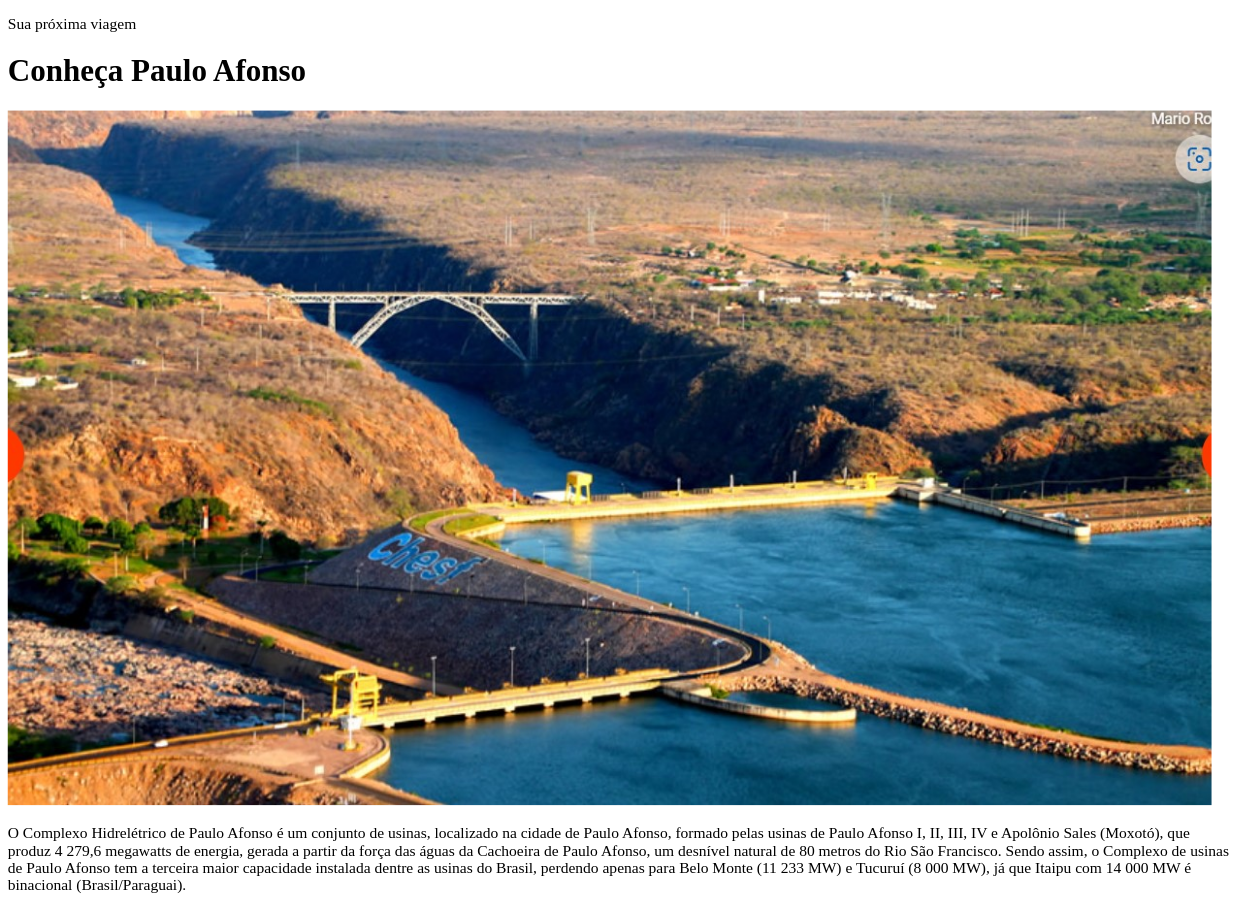
Repository: JeffRodFer/testeGitXGithub
Page: index.html
These files come from the project's save history. The page is drawn as it stood at one moment and after the next save; the edit follows.
The browser window is 1280 px wide. The pictures show the whole page, at 97% of full size.

Above is the page before, as saved 2025-03-15 18:10:57.

### index.html
<!DOCTYPE html>
<html lang="pt-br">
<head>
    <meta charset="UTF-8">
    <meta name="viewport" content="width=device-width, initial-scale=1.0">
    <title>Local Turístico</title>
</head>
<body>
    <div>
        <p>Sua próxima viagem</p>
        <h1>Conheça Paulo Afonso</h1>
        <section>
            <img src="assets/main.jpg" alt="visão geral da hidroelêtrica">
            <p>O Complexo Hidrelétrico de Paulo Afonso é um conjunto de usinas, localizado na cidade de Paulo Afonso, formado pelas usinas de Paulo Afonso I, II, III, IV e Apolônio Sales (Moxotó), que produz 4 279,6 megawatts de energia, gerada a partir da força das águas da Cachoeira de Paulo Afonso, um desnível natural de 80 metros do Rio São Francisco. Sendo assim, o Complexo de usinas de Paulo Afonso tem a terceira maior capacidade instalada dentre as usinas do Brasil, perdendo apenas para Belo Monte (11 233 MW) e Tucuruí (8 000 MW), já que Itaipu com 14 000 MW é binacional (Brasil/Paraguai). </p>
        </section>
    </div>
</body>
</html>

After the next save:
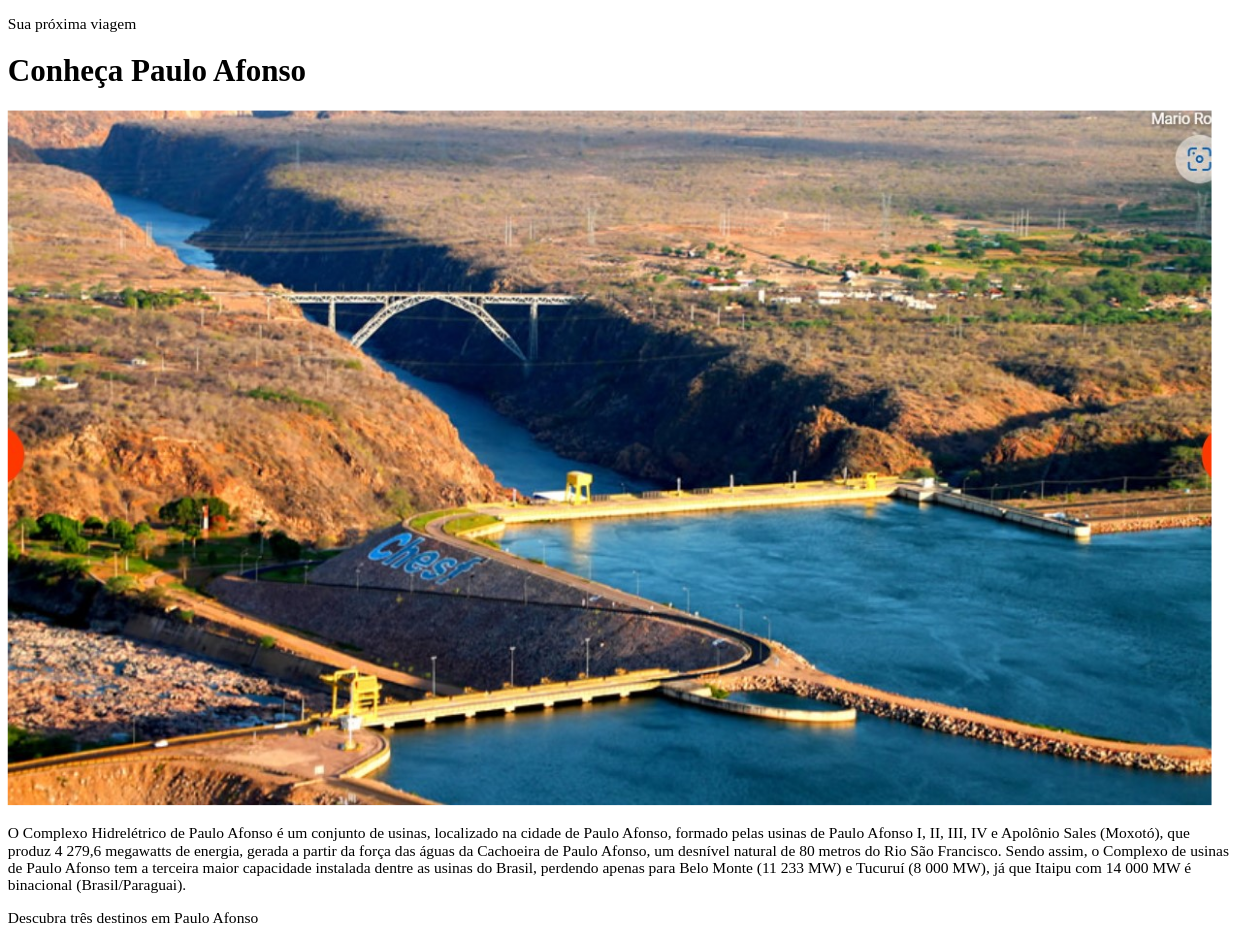
Saved 5 min 9 s later.
--- a/index.html
+++ b/index.html
@@ -13,6 +13,9 @@
             <img src="assets/main.jpg" alt="visão geral da hidroelêtrica">
             <p>O Complexo Hidrelétrico de Paulo Afonso é um conjunto de usinas, localizado na cidade de Paulo Afonso, formado pelas usinas de Paulo Afonso I, II, III, IV e Apolônio Sales (Moxotó), que produz 4 279,6 megawatts de energia, gerada a partir da força das águas da Cachoeira de Paulo Afonso, um desnível natural de 80 metros do Rio São Francisco. Sendo assim, o Complexo de usinas de Paulo Afonso tem a terceira maior capacidade instalada dentre as usinas do Brasil, perdendo apenas para Belo Monte (11 233 MW) e Tucuruí (8 000 MW), já que Itaipu com 14 000 MW é binacional (Brasil/Paraguai). </p>
         </section>
+        <section>
+            <p>Descubra três destinos em Paulo Afonso</p>
+        </section>
     </div>
 </body>
 </html>
